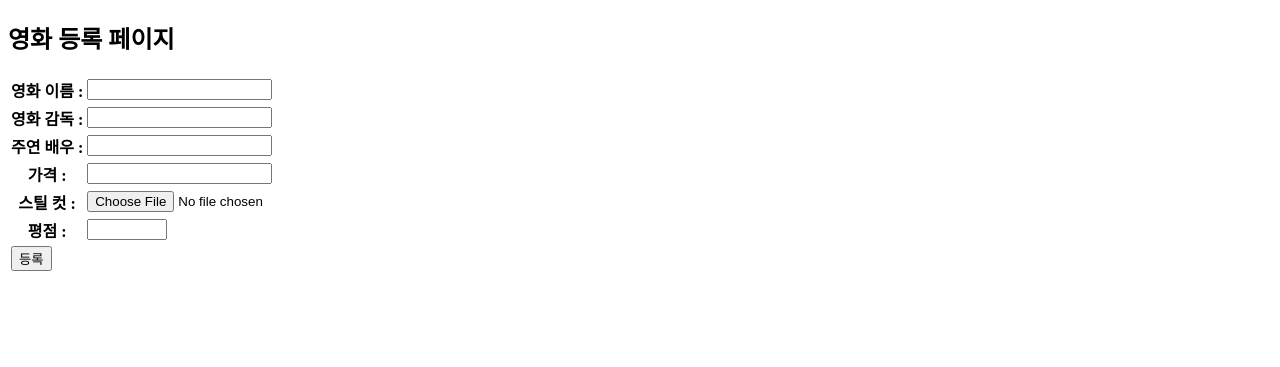
Repository: shinymusket/ideal-memory2
Page: http://localhost/homework10/MR
The author's editor kept a copy of each file at every save. The page is drawn from the files as they stood at one save, then again after the next save.
The browser window is 1280 px wide. The pictures show the whole page.
The page is served by Tomcat 9.

Above is the page before, as saved 2022-06-17 00:15:38.

After the next save:
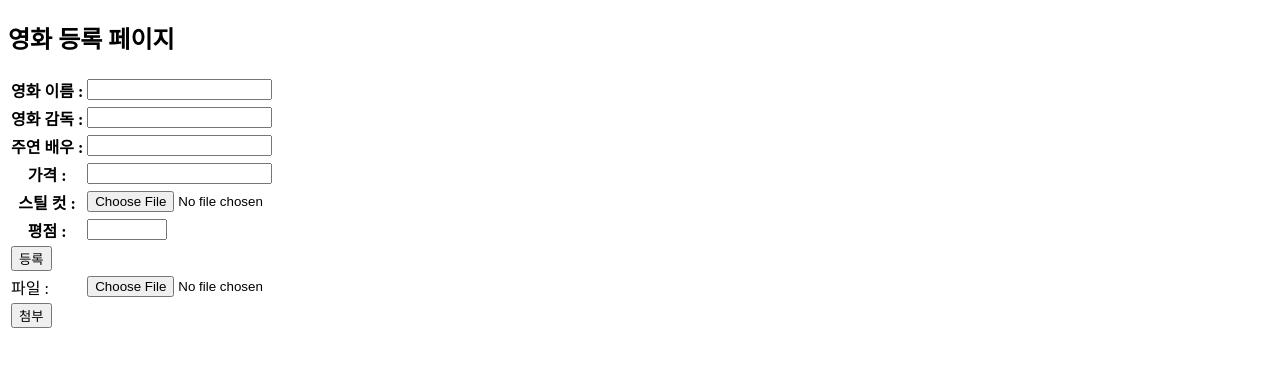
Saved 4 h 41 min later.
--- a/homework10/WebContent/movieRegister.jsp
+++ b/homework10/WebContent/movieRegister.jsp
@@ -9,7 +9,7 @@
 <body>
 	<h2>영화 등록 페이지</h2>
 	<table>
-		<form action="MR" method="post">
+		<form action="MR" method="post" enctype="multipart/form-data">
 			<tr>
 				<th>
 					<label for="MovieName">영화 이름 :</label>
@@ -65,7 +65,7 @@
 			</tr>
 
 		</form>
-		<!-- <form action="UploadServlet" method="post" enctype="multipart/form-data">
+		<form action="UploadServlet" method="post" >
 			<tr>
 				<td>
 					<label for="fileUpload">파일 :</label>
@@ -79,7 +79,7 @@
 					<input type="submit" value="첨부">
 				</td>
 			</tr>
-		</form> -->
+		</form>
 	</table>
 </body>
 </html>

After the save that followed:
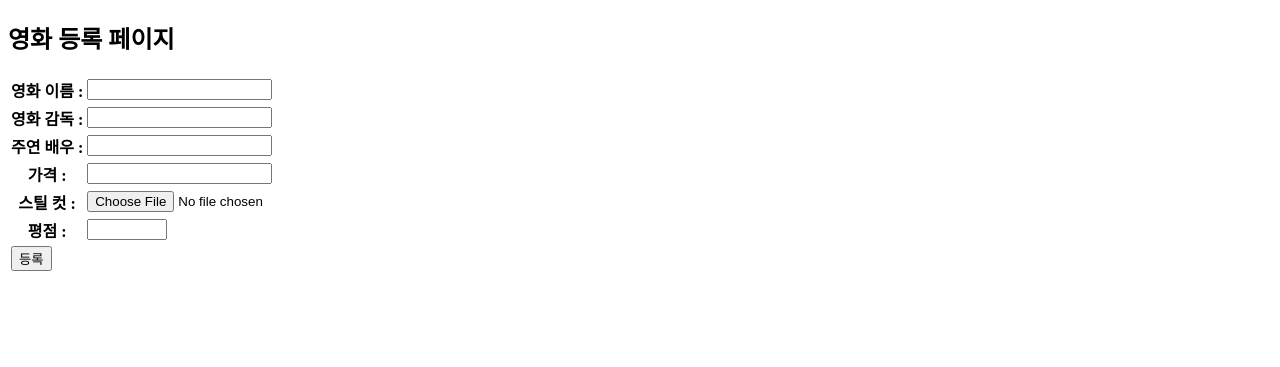
Saved 26 s later.
--- a/homework10/WebContent/movieRegister.jsp
+++ b/homework10/WebContent/movieRegister.jsp
@@ -65,21 +65,6 @@
 			</tr>
 
 		</form>
-		<form action="UploadServlet" method="post" >
-			<tr>
-				<td>
-					<label for="fileUpload">파일 :</label>
-				</td>
-				<td>
-					<input type="file" id="fileUpload" name="fileUpload">
-				</td>
-			</tr>
-			<tr>
-				<td colspan="2">
-					<input type="submit" value="첨부">
-				</td>
-			</tr>
-		</form>
 	</table>
 </body>
 </html>
